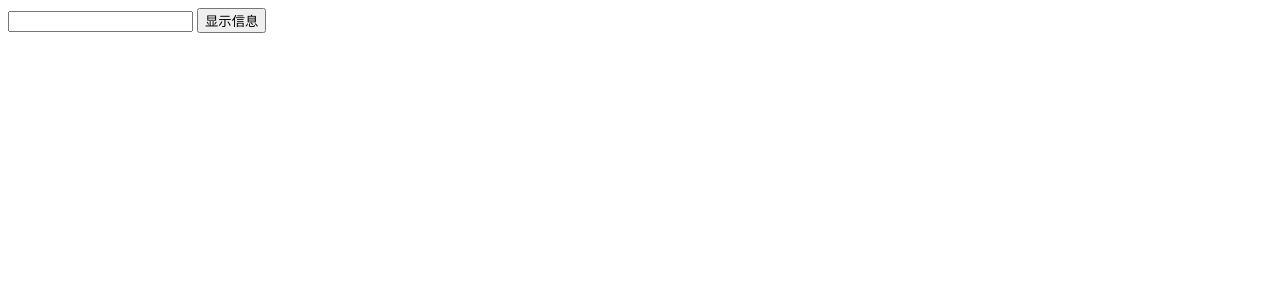
Repository: linkyh/April
Page: testjavascript/WebRoot/index.html
An editor plug-in stored every save of this project. The page is shown before and after the next save, followed by the edit.
The browser window is 1280 px wide. The pictures show the whole page.

Above is the page before, as saved 2016-07-19 06:23:37.

### testjavascript/WebRoot/index.html
<!DOCTYPE html>
<html>
  <head>
    <title>index.html</title>

    <meta http-equiv="keywords" content="keyword1,keyword2,keyword3">
    <meta http-equiv="description" content="this is my page">
    <meta http-equiv="content-type" content="text/html; charset=gb2312">

    <!--<link rel="stylesheet" type="text/css" href="./styles.css">-->

  </head>

  <body>
    <form id="form1" name="form1">

		<input type="text"/>
		<input type="button" value="显示信息"/>
    </form>
  </body>
</html>

After the next save:
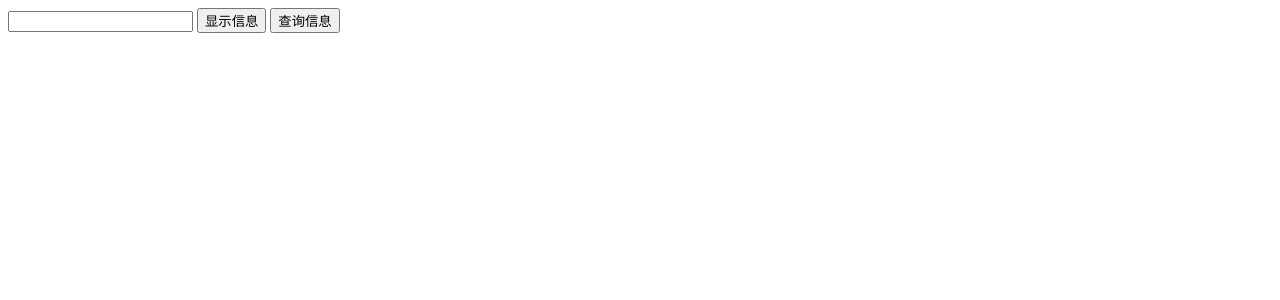
Saved 5 min 0 s later.
--- a/testjavascript/WebRoot/index.html
+++ b/testjavascript/WebRoot/index.html
@@ -16,6 +16,7 @@
 
 		<input type="text"/>
 		<input type="button" value="显示信息"/>
+		<input type="button" value="查询信息"/>
     </form>
   </body>
 </html>
